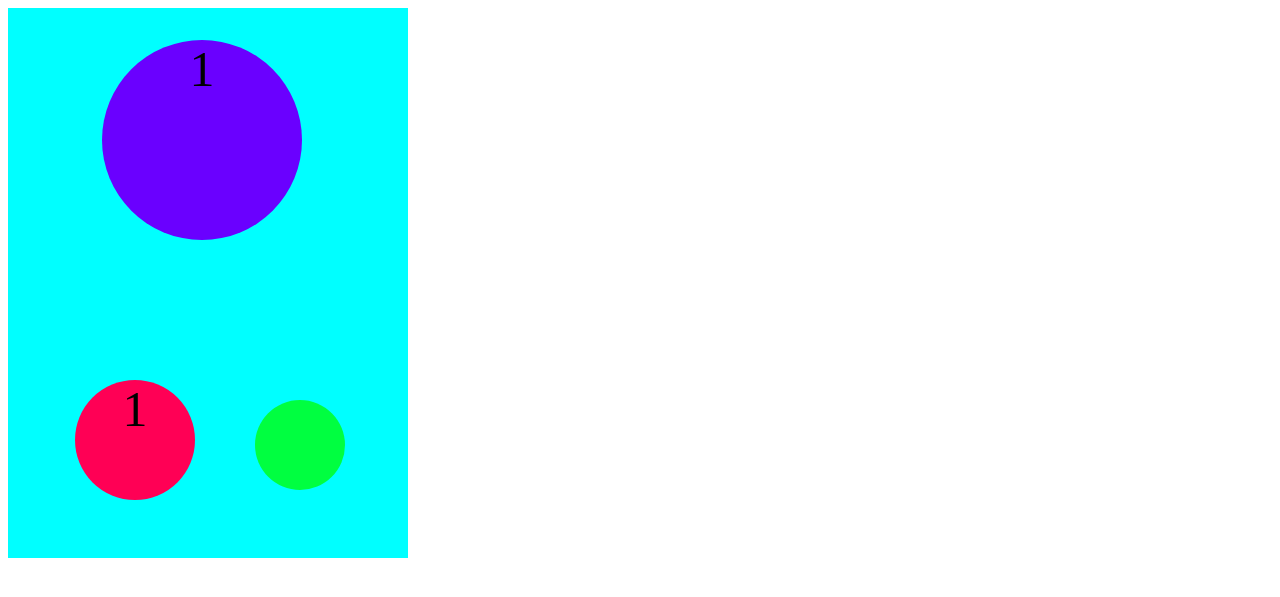
Repository: sara55m/Counter_App
Page: index.html
An editor plug-in stored every save of this project. The page is shown before and after the next save, followed by the edit.
The browser window is 1280 px wide. The pictures show the whole page.
After loading, the first visible `#increase` was clicked once.

Above is the page before, as saved 2024-07-30 02:04:52.

### index.html
<!DOCTYPE html>
<html lang="en">
<head>
    <meta charset="UTF-8">
    <meta name="viewport" content="width=device-width, initial-scale=1.0">
    <title>Document</title>
    <link rel="stylesheet" href="css/style.css">
</head>
<body>
    <div class="container">
        <div class="main" id="main"></div>
        <div class="increase" id="increase" onclick="increase()"></div>
        <div class="reset" onclick="reset()"></div>
    </div>
    <script src="js/script.js"></script>
</body>
</html>

### css/style.css
.container{
    height:550px;
    width:400px;
    background-color: aqua;
}

.main{
    position:absolute;
    top:40px;
    left:102px;
    height:200px;
    width:200px;
    border-radius: 50%;
    background-color: rgb(106, 0, 255);
    text-align: center;
    font-size: 50px;
}


.increase{
    position:absolute;
    top:380px;
    left:75px;
    height:120px;
    width:120px;
    border-radius: 50%;
    background-color: rgb(255, 0, 85);
    text-align: center;
    font-size: 50px;
}


.reset{
    position:absolute;
    top:400px;
    left:255px;
    height:90px;
    width:90px;
    border-radius: 50%;
    background-color: rgb(0, 255, 64);
}

### js/script.js
function increase(){
    let count=0;
    let count1=0;
    document.getElementById("main").innerHTML=++count;
    document.getElementById("increase").innerHTML=++count1;
    if(count>20){
        alert("change");
    }



}

After the next save:
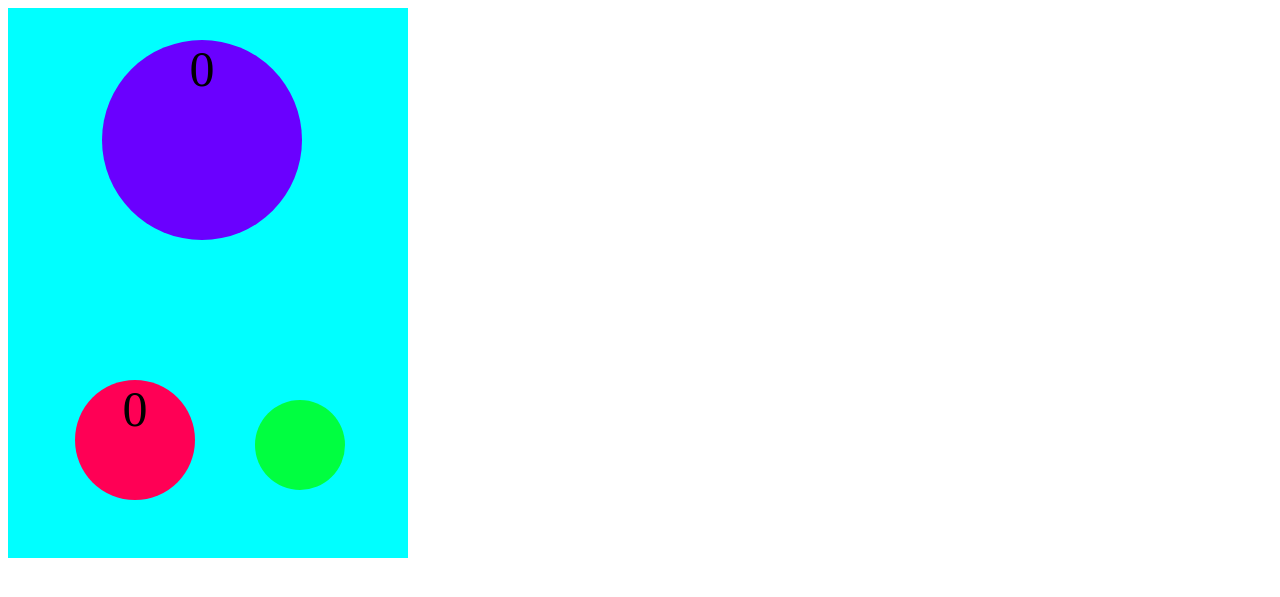
Saved 30 s later.
--- a/js/script.js
+++ b/js/script.js
@@ -1,8 +1,8 @@
 function increase(){
     let count=0;
     let count1=0;
-    document.getElementById("main").innerHTML=++count;
-    document.getElementById("increase").innerHTML=++count1;
+    document.getElementById("main").innerHTML=count++;
+    document.getElementById("increase").innerHTML=count1++;
     if(count>20){
         alert("change");
     }

After the save that followed:
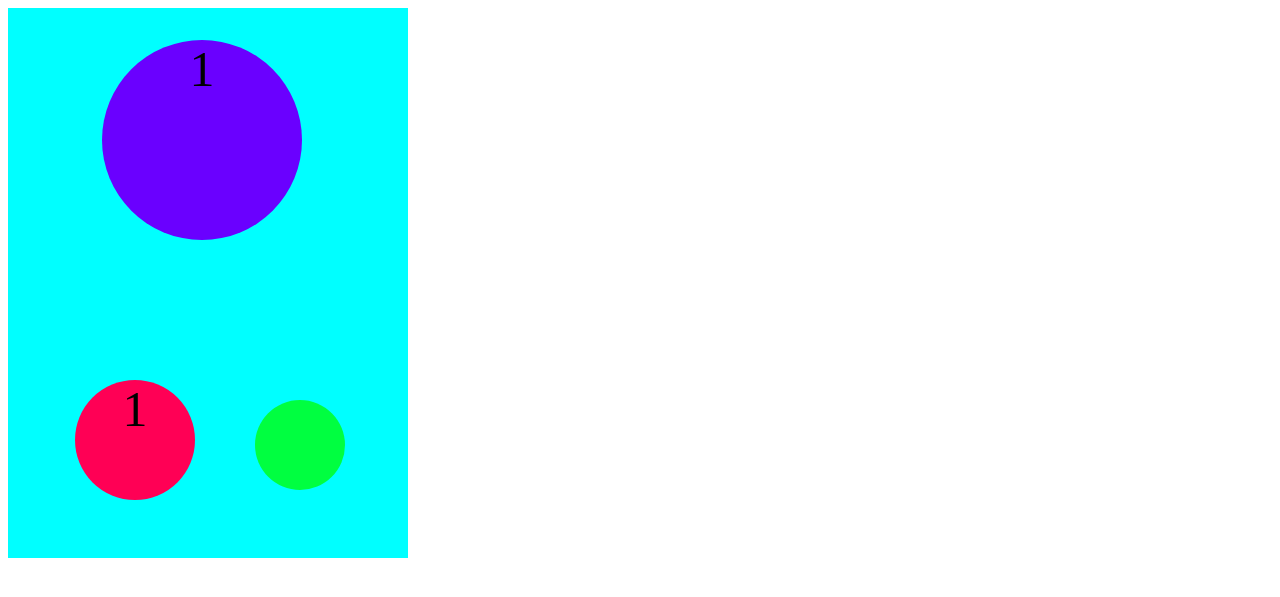
Saved 45 s later.
--- a/js/script.js
+++ b/js/script.js
@@ -1,8 +1,8 @@
 function increase(){
     let count=0;
     let count1=0;
-    document.getElementById("main").innerHTML=count++;
-    document.getElementById("increase").innerHTML=count1++;
+    document.getElementById("main").innerHTML=++count;
+    document.getElementById("increase").innerHTML=++count1;
     if(count>20){
         alert("change");
     }
